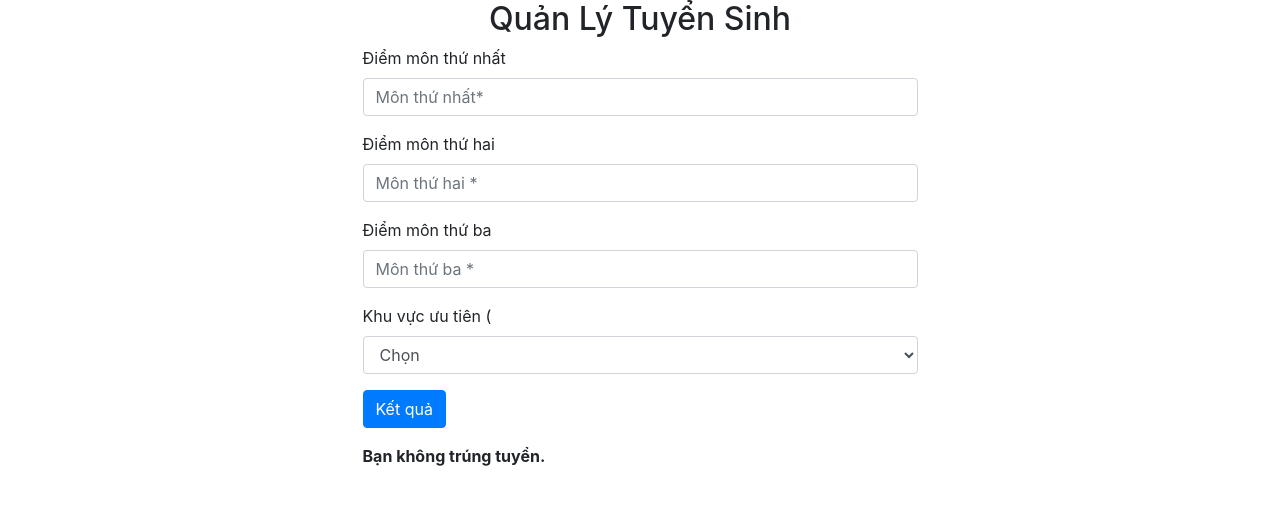
Repository: dovanthao2404/BC14_BaiTap_JS_Buoi_5_dovanthao
Page: html/bai1.html
These files come from the project's save history. The page is drawn as it stood at one moment and after the next save; the edit follows.
The browser window is 1280 px wide. The pictures show the whole page.

Above is the page before, as saved 2021-07-03 20:22:05.

After the next save:
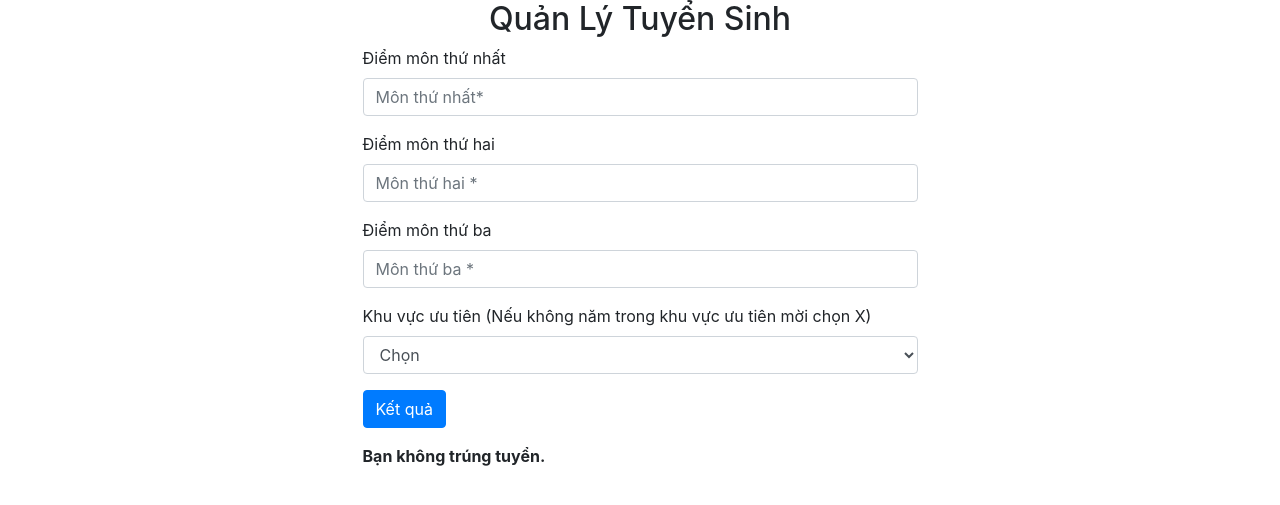
Saved 27 s later.
--- a/html/bai1.html
+++ b/html/bai1.html
@@ -35,7 +35,7 @@
         <div class="form-group">
 
         </div>
-        <label for="areaScores">Khu vực ưu tiên (</label>
+        <label for="areaScores">Khu vực ưu tiên (Nếu không năm trong khu vực ưu tiên mời chọn X)</label>
         <select class="form-control" id="area">
           <option selected>Chọn</option>
           <option>A</option>
